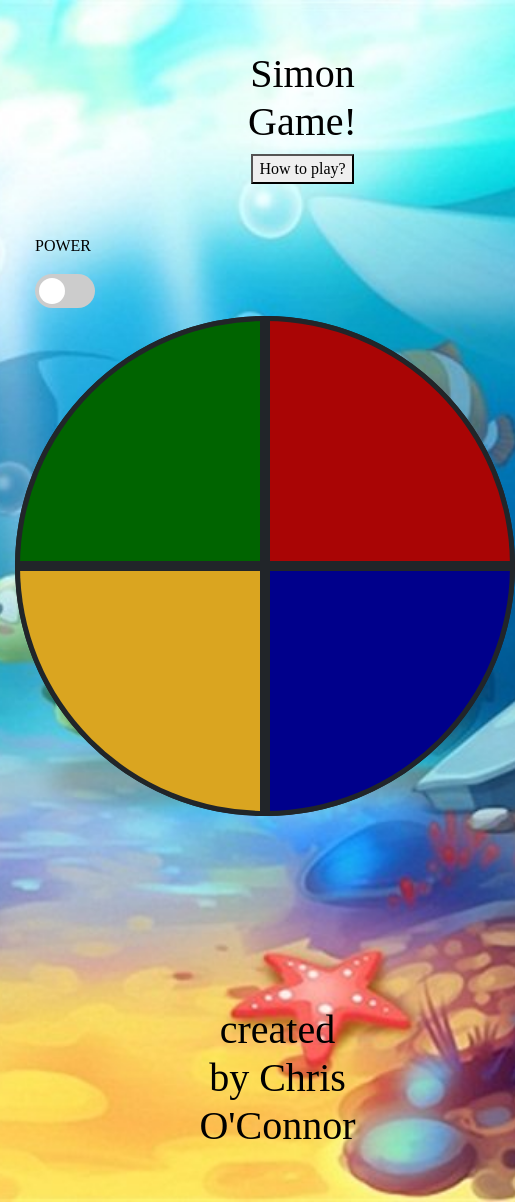
Repository: chrisoc19/SimonSays
Page: index.html
The author's editor kept a record of every edit. The page is drawn from the files as they stood at one moment, then again after the next edit.
The browser window is 375 px wide. The page is 515 px wide, so the pictures cover 515 px, including what lies to the right of the window. The pictures show the whole page.
Some web fonts or font styles are not loaded; a fallback is used.

Above is the page before.

After the next edit:
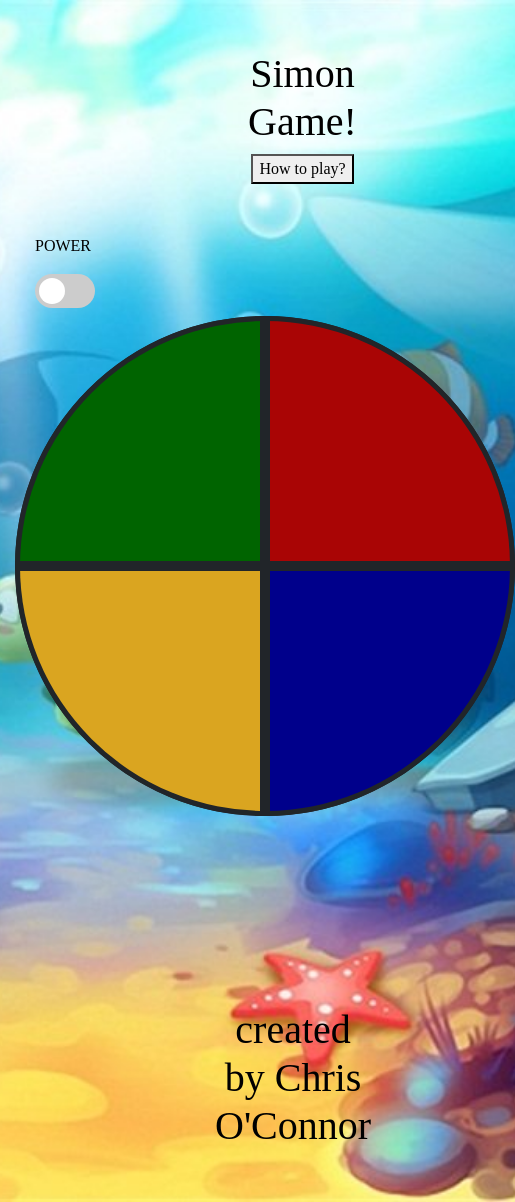
The edit:
--- a/css/style.css
+++ b/css/style.css
@@ -124,7 +124,7 @@
     margin-left: 230px;
   }
   .footer{
-    margin-left: 180px;
+    margin-left: 200px;
   }
 }
 /* ----------------------------------------------------- Switches */
